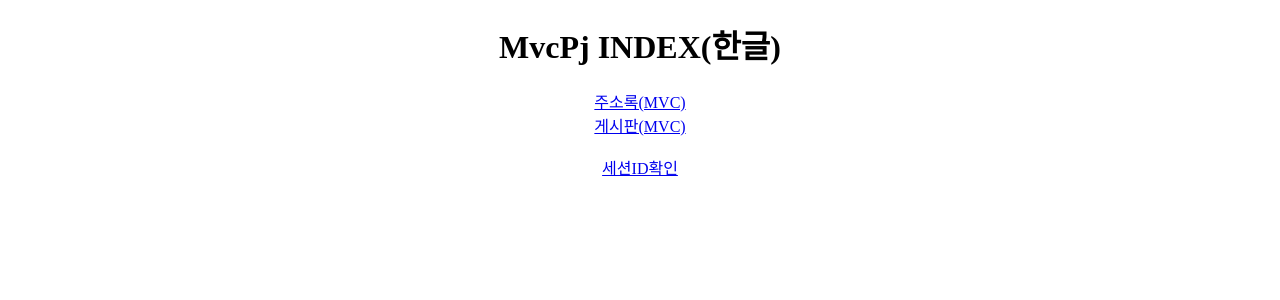
Repository: betweenhj702/Web-App-Server-Practices
Page: http://localhost/MvcPj/
An editor plug-in stored every save of this project. The page is shown before and after the next save, followed by the edit.
The browser window is 1280 px wide. The pictures show the whole page.
The page is served by Tomcat 9. Other server files are loaded and not shown.

Above is the page before, as saved 2021-01-05 12:59:31.

### workspace/MvcPj/WebContent/index.jsp
<%@ page language="java" contentType="text/html; charset=UTF-8"
    pageEncoding="UTF-8"%>
<!DOCTYPE html>
<html>
<head>
<meta charset="UTF-8">
<title>MvcPj index</title>
</head>
<body>
	<div style="text-align:center">
		<h1>MvcPj INDEX(한글)</h1>
		<p>
			<a href="addr/addr.do">주소록(MVC)</a><br/>
		 	<a href="sm/sm.do?cp=1&ps=3">게시판(MVC)</a><br/><br/>

		 	<a href="scope/session_test.jsp">세션ID확인</a><br/>
		</p>
		</div>
</body>
</html>

After the next save:
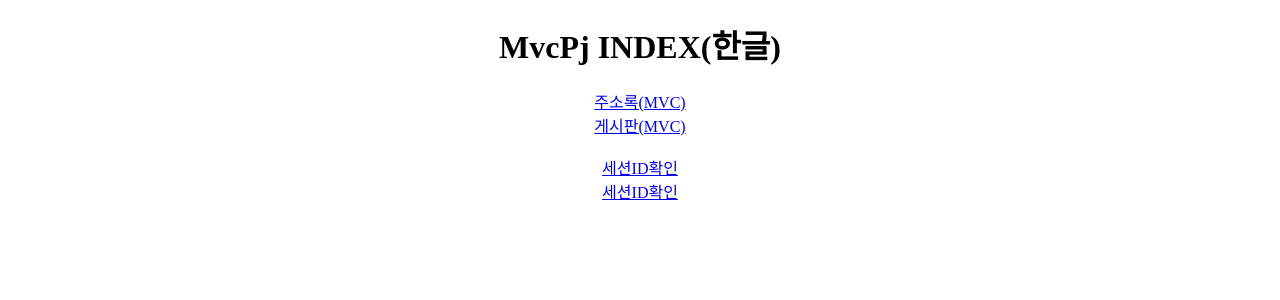
Saved 28 s later.
--- a/workspace/MvcPj/WebContent/index.jsp
+++ b/workspace/MvcPj/WebContent/index.jsp
@@ -14,6 +14,7 @@
 		 	<a href="sm/sm.do?cp=1&ps=3">게시판(MVC)</a><br/><br/>
 
 		 	<a href="scope/session_test.jsp">세션ID확인</a><br/>
+		 	<a href="scope/session_test.jsp">세션ID확인</a><br/>
 		</p>
 		</div>
 </body>
